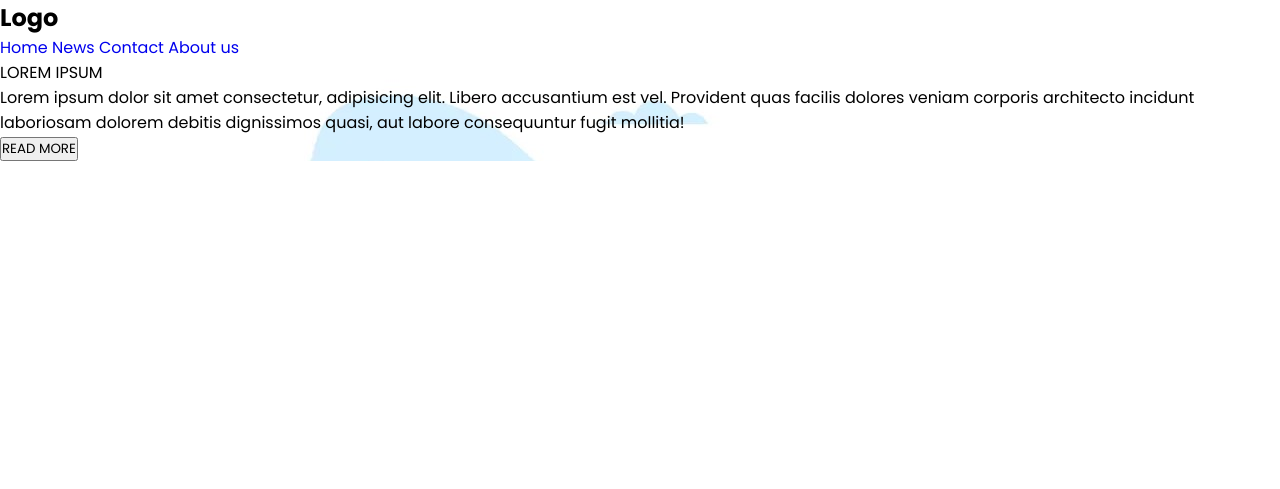
Repository: nganha241/1806
Page: index.html
These files come from the project's save history. The page is drawn as it stood at one moment and after the next save; the edit follows.
The browser window is 1280 px wide. The pictures show the whole page.

Above is the page before, as saved 2022-06-18 15:29:59.

### index.html
<!DOCTYPE html>
<html lang="en">
  <head>
    <meta charset="UTF-8" />
    <meta http-equiv="X-UA-Compatible" content="IE=edge" />
    <meta name="viewport" content="width=device-width, initial-scale=1.0" />
    <title>Document</title>
    <link rel="stylesheet" href="style.css" />
  </head>
  <body>
    <section>
      <header>
        <div class="logo">
          <h2>Logo</h2>
        </div>
        <div class="navigation">
          <a href="#">Home</a>
          <a href="#">News</a>
          <a href="#">Contact</a>
          <a href="#">About us</a>
        </div>
      </header>
      <div class="content">
        <div class="title">LOREM IPSUM</div>
        <p>
          Lorem ipsum dolor sit amet consectetur, adipisicing elit. Libero
          accusantium est vel. Provident quas facilis dolores veniam corporis
          architecto incidunt laboriosam dolorem debitis dignissimos quasi, aut
          labore consequuntur fugit mollitia!
        </p>
        <button class="btn-more">READ MORE</button>
      </div>
    </section>
  </body>
</html>

### style.css
@import url('https://fonts.googleapis.com/css2?family=Poppins:wght@300;400;500;600;700;800;900&display=swap');

* {
    box-sizing: border-box;
    padding: 0;
    margin: 0;
    font-family: 'Poppins', sans-serif;
}

a {
    text-decoration: none;
}

section {
    background: url('./bg.jpg');
}

After the next save:
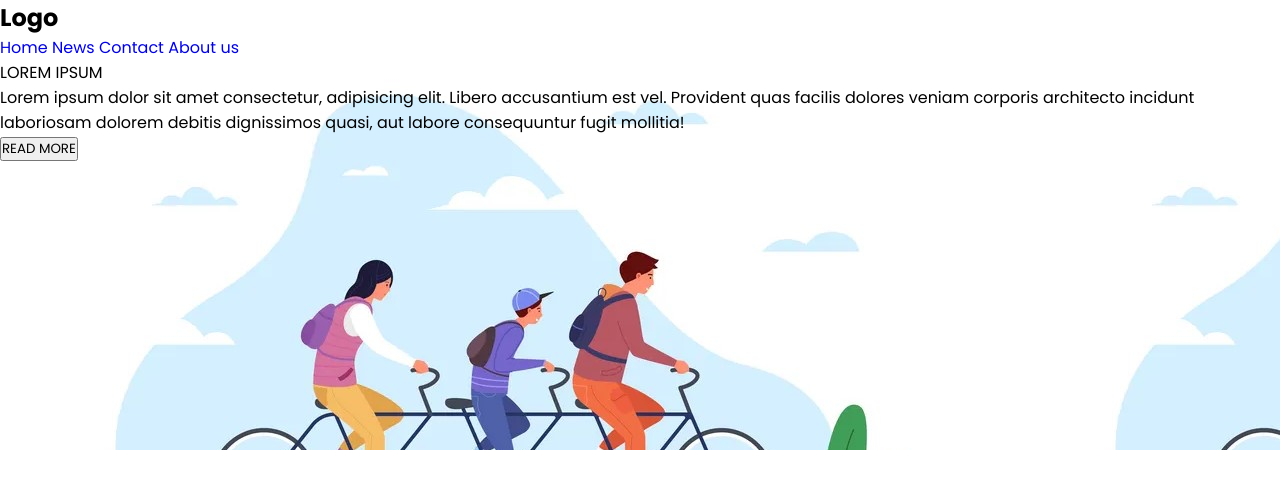
Saved 16 s later.
--- a/style.css
+++ b/style.css
@@ -12,5 +12,7 @@ a {
 }
 
 section {
+    width: 100%;
+    min-height: 450px;
     background: url('./bg.jpg');
 }
